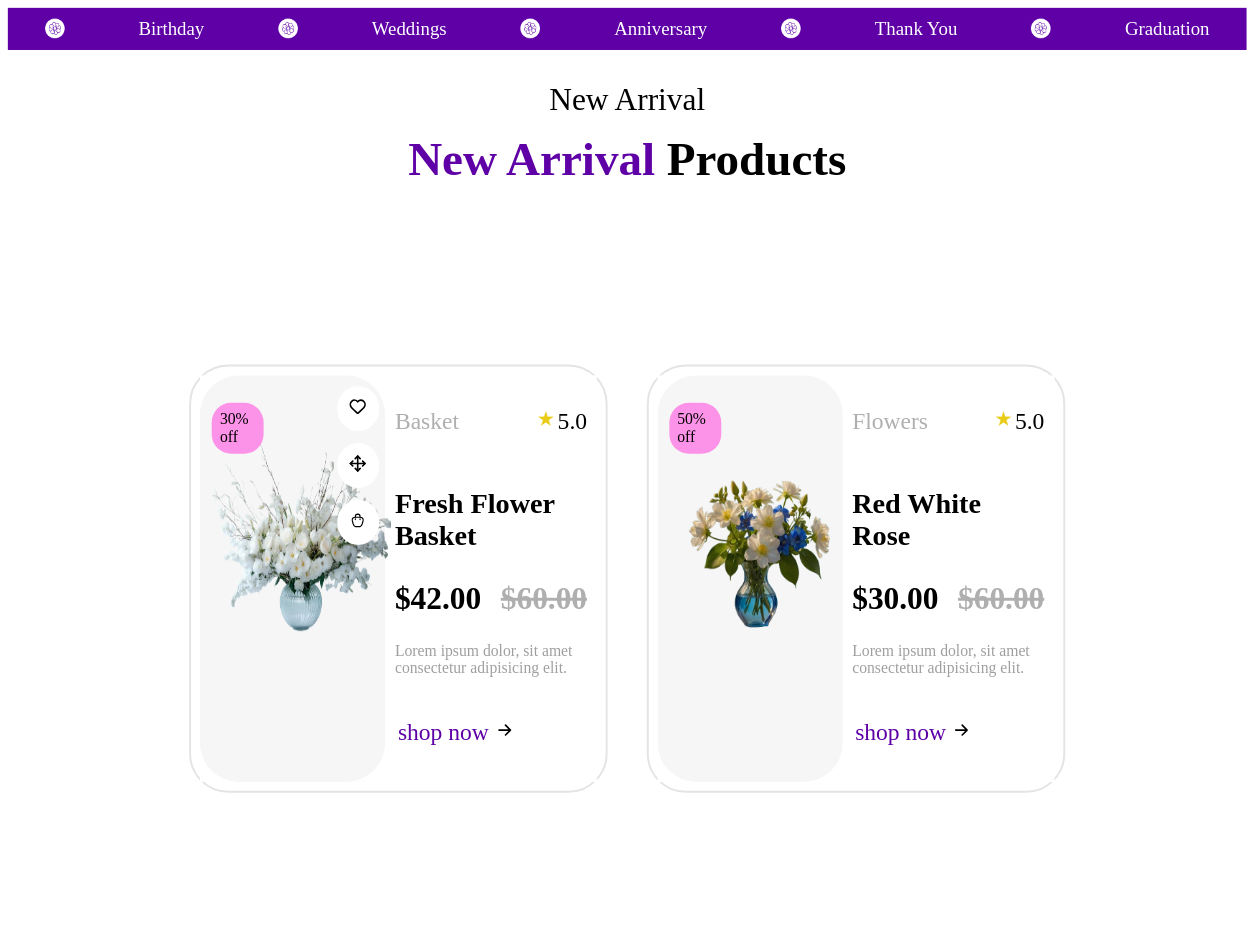
Repository: KolawoleTemilade/classroom-learning
Page: newarrival/index.html
These files come from the project's save history. The page is drawn as it stood at one moment and after a run of saves; the edit follows.
The browser window is 1280 px wide. The pictures show the whole page, at 98% of full size.

Above is the page before, as saved 2025-10-02 09:16:12.

### newarrival/index.html
<!DOCTYPE html>
<html lang="en">
  <head>
    <meta charset="UTF-8" />
    <meta name="viewport" content="width=h, initial-scale=1.0" />
    <title>new arrival</title>
    <link rel="stylesheet" href="style.css" />
  </head>
  <body>
    <div class="marq-sect">
      <div class="marque">
        <img
          src="../newarrival/images/icons/marqueflower.png"
          alt="flower-icon"
          width="20"
          height="20"
        />
        <span>birthday</span>
        <img
          src="../newarrival/images/icons/marqueflower.png"
          alt="flower-icon"
          width="20"
          height="20"
        />
        <span>weddings</span>
        <img
          src="../newarrival/images/icons/marqueflower.png"
          alt="flower-icon"
          width="20"
          height="20"
        />
        <span>anniversary</span>
        <img
          src="../newarrival/images/icons/marqueflower.png"
          alt="flower-icon"
          width="20"
          height="20"
        />
        <span>thank you</span>
        <img
          src="../newarrival/images/icons/marqueflower.png"
          alt="flower-icon"
          width="20"
          height="20"
        />
        <span>graduation</span>
      </div>
    </div>
    <section class="new-arrival-sect">
      <div class="new-arrival">
        <div class="new-arrival-title">
          <p class="title1">
            new arrival
            <span class="title2"
              >new arrival <span class="product-title">products</span></span
            >
          </p>
        </div>
        <section class="card-sec">
          <div class="new-arrival-product-card">
            <div class="product-card">
              <div class="img-sect">
                <img
                  src="./images/new-arrival/flower4.png"
                  alt="flower1"
                  width="200"
                  height="2 ,8>00"
                />
                <div class="absolute-container">
                  <p class="slash">30% off</p>
                  <div class="icons-sec">
                    <div class="icons">
                      <img
                        src="./images/icons/heart.svg"
                        alt="heart"
                        width="20"
                        height="20"
                      />
                    </div>
                    <div class="icons">
                      <img
                        src="./images/icons/crossedarrow.svg"
                        alt="arrow"
                        width="20"
                        height="20"
                      />
                    </div>
                    <div class="icons">
                      <img
                        src="./images/icons/shoppingbag.svg"
                        alt="shoppingbag"
                        width="20"
                        height="20"
                      />
                    </div>
                  </div>
                </div>
              </div>
              <div class="text-sect">
                <div class="basket-sec">
                  <p>basket</p>
                  <div class="rating-sec">
                    <img
                      src="./images/icons/ratings.svg"
                      alt="ratings"
                      width="20"
                      height="20"
                    />
                    <span>5.0</span>
                  </div>
                </div>
                <div class="fresh-flower-sec">
                  <h3>fresh flower basket</h3>
                  <h2>$42.00 <span class="slashed"> $60.00</span></h2>
                  <p>
                    Lorem ipsum dolor, sit amet consectetur adipisicing elit.
                  </p>
                  <div class="shop-btn">
                    <p>
                      shop now
                      <span
                        ><img
                          src="./images/icons/rightarrow.svg"
                          alt="right arrow"
                          width="20"
                          height="20"
                      /></span>
                    </p>
                  </div>
                </div>
              </div>
            </div>
          </div>
          <div class="new-arrival-product-card">
            <div class="product-card">
              <div class="img-sect">
                <img
                  src="./images/new-arrival/flower6.png"
                  alt="flower6"
                  width="200"
                  height="2 ,8>00"
                />
                <div class="absolute-container">
                  <p class="slash">50% off</p>
                  <div class="icons-sec2">
                    <div class="icons">
                      <img
                        src="./images/icons/heart.svg"
                        alt="heart"
                        width="20"
                        height="20"
                      />
                    </div>
                    <div class="icons">
                      <img
                        src="./images/icons/crossedarrow.svg"
                        alt="arrow"
                        width="20"
                        height="20"
                      />
                    </div>
                    <div class="icons">
                      <img
                        src="./images/icons/shoppingbag.svg"
                        alt="shoppingbag"
                        width="20"
                        height="20"
                      />
                    </div>
                  </div>
                </div>
              </div>
              <div class="text-sect">
                <div class="basket-sec">
                  <p>flowers</p>
                  <div class="rating-sec">
                    <img
                      src="./images/icons/ratings.svg"
                      alt="ratings"
                      width="20"
                      height="20"
                    />
                    <span>5.0</span>
                  </div>
                </div>
                <div class="fresh-flower-sec">
                  <h3>red white rose</h3>
                  <h2>$30.00 <span class="slashed"> $60.00</span></h2>
                  <p>
                    Lorem ipsum dolor, sit amet consectetur adipisicing elit.
                  </p>
                  <div class="shop-btn">
                    <p>
                      shop now
                      <span
                        ><img
                          src="./images/icons/rightarrow.svg"
                          alt="right arrow"
                          width="20"
                          height="20"
                      /></span>
                    </p>
                  </div>
                </div>
              </div>
            </div>
          </div>
        </section>
      </div>
    </section>
  </body>
</html>

### newarrival/style.css
.marq-sect {
  background-color: #5e00a6;
  height: 6vh;
  width: 100%;
  align-content: center;
}
.marque {
  display: flex;
  align-content: center;
  justify-content: space-around;
}
.marque > span {
  text-transform: capitalize;
  color: white;
  font-size: 1.2rem;
}

.new-arrival-sect > .new-arrival {
  display: flex;
  flex-direction: column;
  align-items: center;
  justify-content: center;
  /* width: 100%; */
}
.title1 {
  font-size: 2rem;
  display: flex;
  flex-direction: column;
  align-items: center;
  justify-content: center;
  gap: 15px;
  text-transform: capitalize;
}
.title2 {
  font-size: 3rem;
  color: #5e00a6;
  font-weight: 700;
}
.product-title {
  color: black;
  font-size: 3rem;
  font-weight: 700;
}
.card-sec {
  display: flex;
  gap:40px;
  padding: 150px;
  /* width: 80%; */
}
.new-arrival-product-card {
  border: 2px solid rgb(230, 227, 227);
  padding: 9px;
  border-radius: 40px;
  background-color: #ffffff;
  width: 100%;
}

.product-card {
  display: flex;
  background-color: #ffffff;
  width: 100%;

}
.img-sect {
  position: relative;
  border: 3px solid transparent;
  border-radius: 40px;
  background-color: #f6f6f6;
  width: 100%;
  padding: 9px;
}
.img-sect > img {
  position: absolute;
  top: 15%;
  width: 100%;
  height: 30vh;
}
.absolute-container > p {
  padding: 8px;
  width: 20%;
  border-radius: 20px;
}
.slash {
  position: absolute;
  /* top: 1%; */
  background: #fd93e8;
}

.icons-sec {
  position: absolute;
  top: 2%;
  right: 2%;
  display: flex;
  flex-direction: column;
  gap: 12px;
}
.icons {
  padding: 10px;
  width: 50%;
  border: 1px solid transparent;
  border-radius: 50%;
  background-color: white;
}
.text-sect {
  width: 100%;
  padding: 10px;
}
.basket-sec {
  display: flex;
  justify-content: space-between;
  align-items: center;
}
.basket-sec > p {
  text-transform: capitalize;
  color: #afafaf;
  font-size: 1.5rem;
}
.rating-sec {
  display: flex;
  gap: 2px;
  font-size: 1.5rem;
}
.fresh-flower-sec > h3 {
  font-size: 1.8rem;
  text-transform: capitalize;
  font-weight: 600;
}
.fresh-flower-sec > h2 {
  font-size: 2rem;
  display: flex;
  gap: 20px;
}
.slashed {
  color: #afafaf;
  text-decoration: line-through;
}
.fresh-flower-sec > p {
  font-size: 1.rem;
  color: #9f9f9f;
}
.shop-btn {
  color: #5e00a6;
  display: flex;
  align-items: center;
  padding: 3px;
  font-size: 1.5rem;
}
.icons-sec2 {
    display: none;
}

After the next 2 saves:
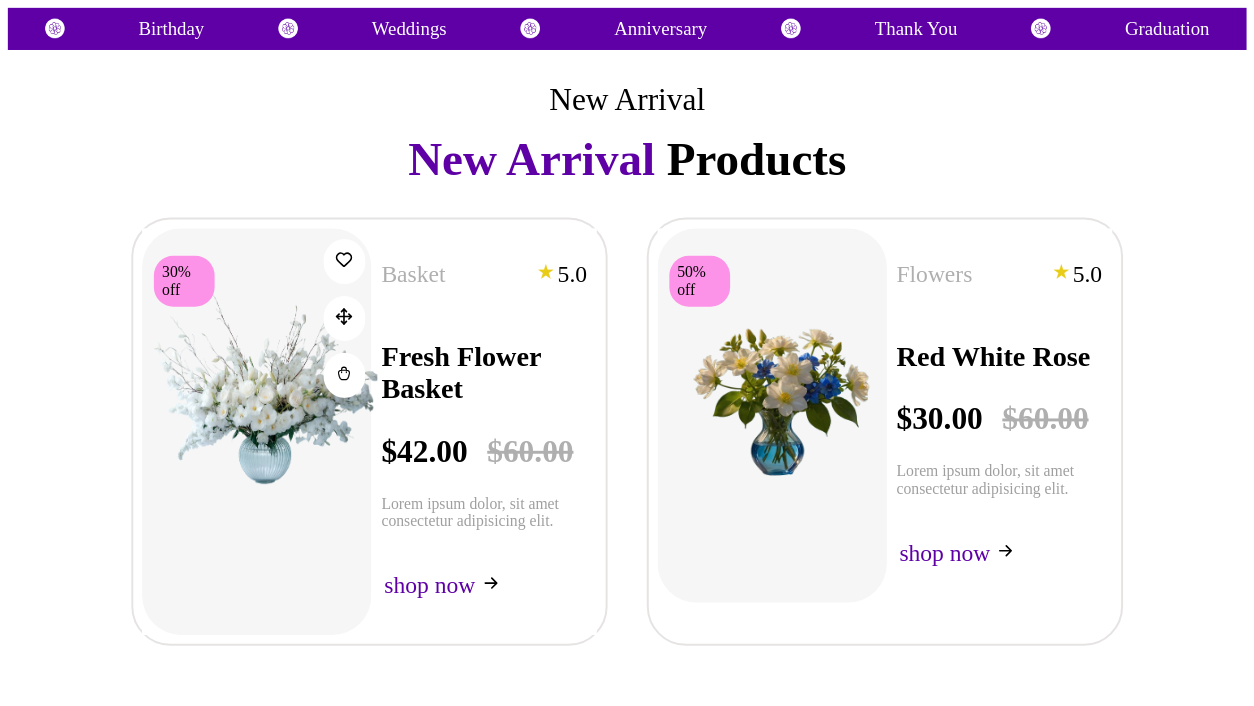
The 2 saves are shown as one change because they came seconds apart.
The last was saved 10 s later.
--- a/newarrival/style.css
+++ b/newarrival/style.css
@@ -44,8 +44,7 @@
 .card-sec {
   display: flex;
   gap:40px;
-  padding: 150px;
-  /* width: 80%; */
+  width: 80%;
 }
 .new-arrival-product-card {
   border: 2px solid rgb(230, 227, 227);
